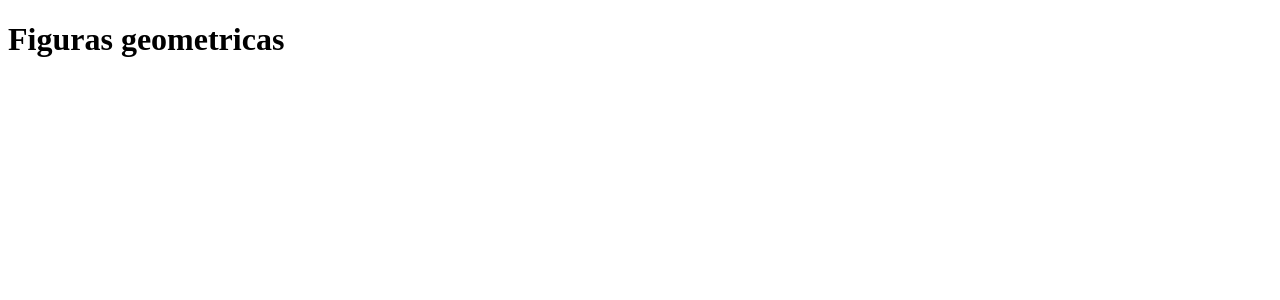
Repository: orlando-1234/curso-practico-javascript
Page: figuras.html
These files come from the project's save history. The page is drawn as it stood at one moment and after the next save; the edit follows.
The browser window is 1280 px wide. The pictures show the whole page.

Above is the page before, as saved 2021-09-17 14:32:41.

After the next save:
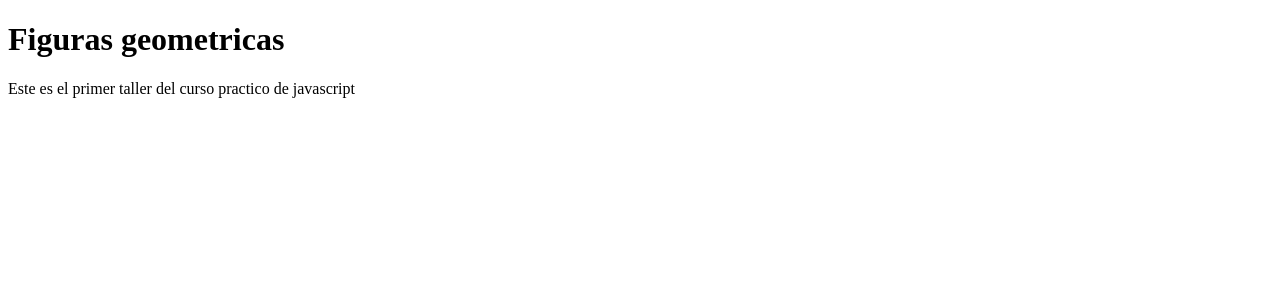
Saved 117 s later.
--- a/figuras.html
+++ b/figuras.html
@@ -7,7 +7,11 @@
     <title>Figuras geometricas | curso practico de javascript en platzi</title>
 </head>
 <body>
-    <h1>Figuras geometricas</h1>
+    <header>
+        <h1>Figuras geometricas</h1>
+
+        <p>Este es el primer taller del curso practico de javascript</p>
+    </header>
 
     <script src="./figuras.js"></script>
 </body>
